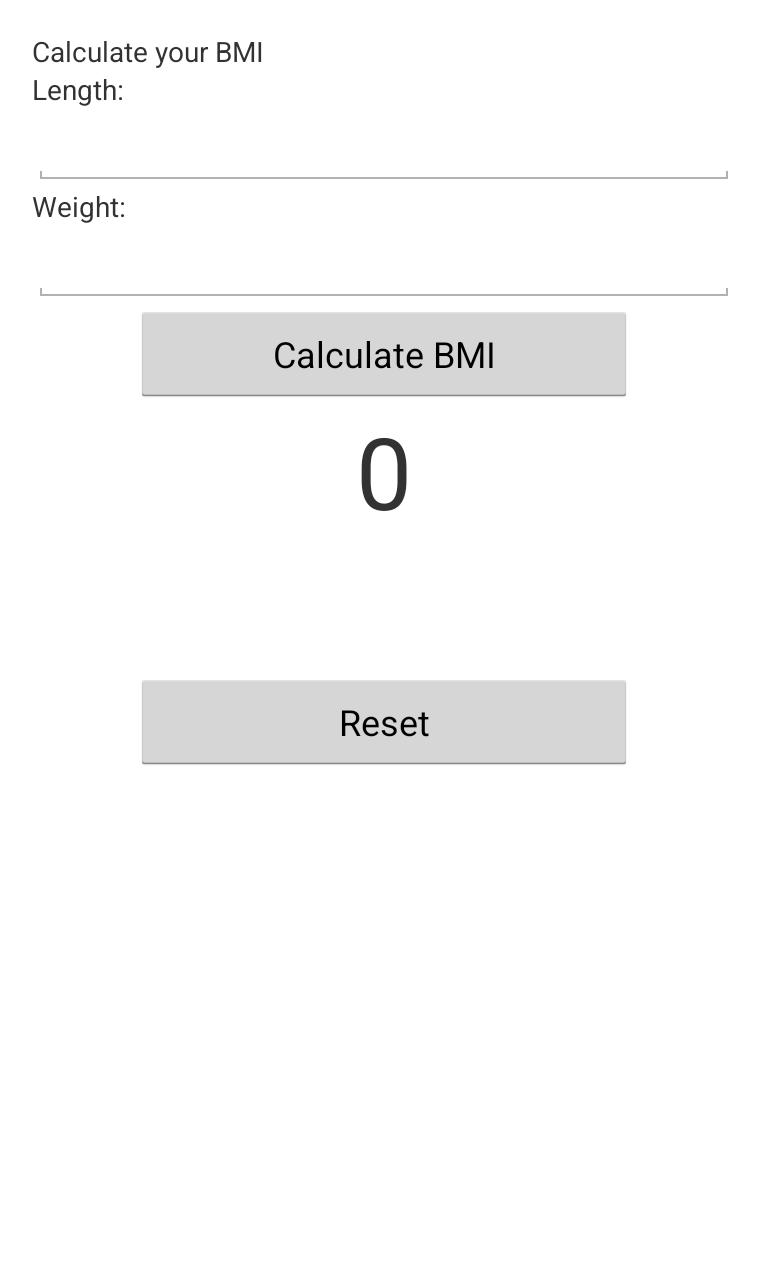
Repository: me222rs/AndroidLab1
Layout: BMI/res/layout/activity_bmi.xml
These files come from the project's save history. The layout is drawn as it stood at one moment and after the next save; the edit follows.
It is drawn on a 768 x 1280 px phone screen (xhdpi) without system bars, with theme AppTheme; the app's code is not run.

Above is the layout before, as saved 2014-11-17 13:37:30.

### BMI/res/layout/activity_bmi.xml
<RelativeLayout xmlns:android="http://schemas.android.com/apk/res/android"
    xmlns:tools="http://schemas.android.com/tools"
    android:layout_width="match_parent"
    android:layout_height="match_parent"
    android:paddingBottom="@dimen/activity_vertical_margin"
    android:paddingLeft="@dimen/activity_horizontal_margin"
    android:paddingRight="@dimen/activity_horizontal_margin"
    android:paddingTop="@dimen/activity_vertical_margin"
    tools:context="com.example.bmi.MainActivity" >

    <TextView
        android:id="@+id/header"
        android:layout_width="wrap_content"
        android:layout_height="wrap_content"
        android:text="Calculate your BMI" />

        <TextView
        android:layout_below="@id/header"
        android:id="@+id/lengthLabel"
        android:layout_width="wrap_content"
        android:layout_height="wrap_content"
        android:text="Length:"
        android:labelFor="@+id/length"/>



        <EditText android:id="@+id/length"
        android:layout_below="@id/lengthLabel"
        android:inputType="number"
		android:layout_width="match_parent"
		android:layout_height="wrap_content" />


        <TextView
        android:layout_below="@id/length"
        android:id="@+id/weightLabel"
        android:layout_width="wrap_content"
        android:layout_height="wrap_content"
        android:text="Weight:"
        android:labelFor="@+id/weight"/>

        <EditText android:id="@+id/weight"
        android:layout_below="@id/weightLabel"
        android:inputType="number"
		android:layout_width="match_parent"
		android:layout_height="wrap_content"/>


        <Button android:id="@+id/calculateButton"
        android:layout_below="@id/weight"
        android:layout_centerHorizontal="true"
    	android:layout_height="50dp"
     	android:layout_width="250dp"
        android:layout_gravity="center"
        android:text="Calculate BMI" />


        <TextView android:id="@+id/result"
        android:layout_below="@id/calculateButton"
        android:layout_width="match_parent"
        android:layout_height="wrap_content"
        android:gravity="center"
        android:textSize="50sp"
        android:text="0" />

        <TextView android:id="@+id/message"
        android:layout_below="@id/result"
        android:layout_width="match_parent"
        android:layout_height="wrap_content"
        android:text=""
        android:gravity="center"
        android:textSize="50sp"/>

        <Button android:id="@+id/resetButton"
        android:layout_below="@id/message"
        android:layout_centerHorizontal="true"
    	android:layout_height="50dp"
     	android:layout_width="250dp"
        android:layout_gravity="center"
        android:text="Reset" />

</RelativeLayout>

Loaded but not shown: BMI/res/values/styles.xml (common file); BMI/res/values-v11/styles.xml (common file); BMI/res/values-v14/styles.xml (common file); BMI/res/values/dimens.xml (common file); BMI/res/values-w820dp/dimens.xml (common file)

After the next save:
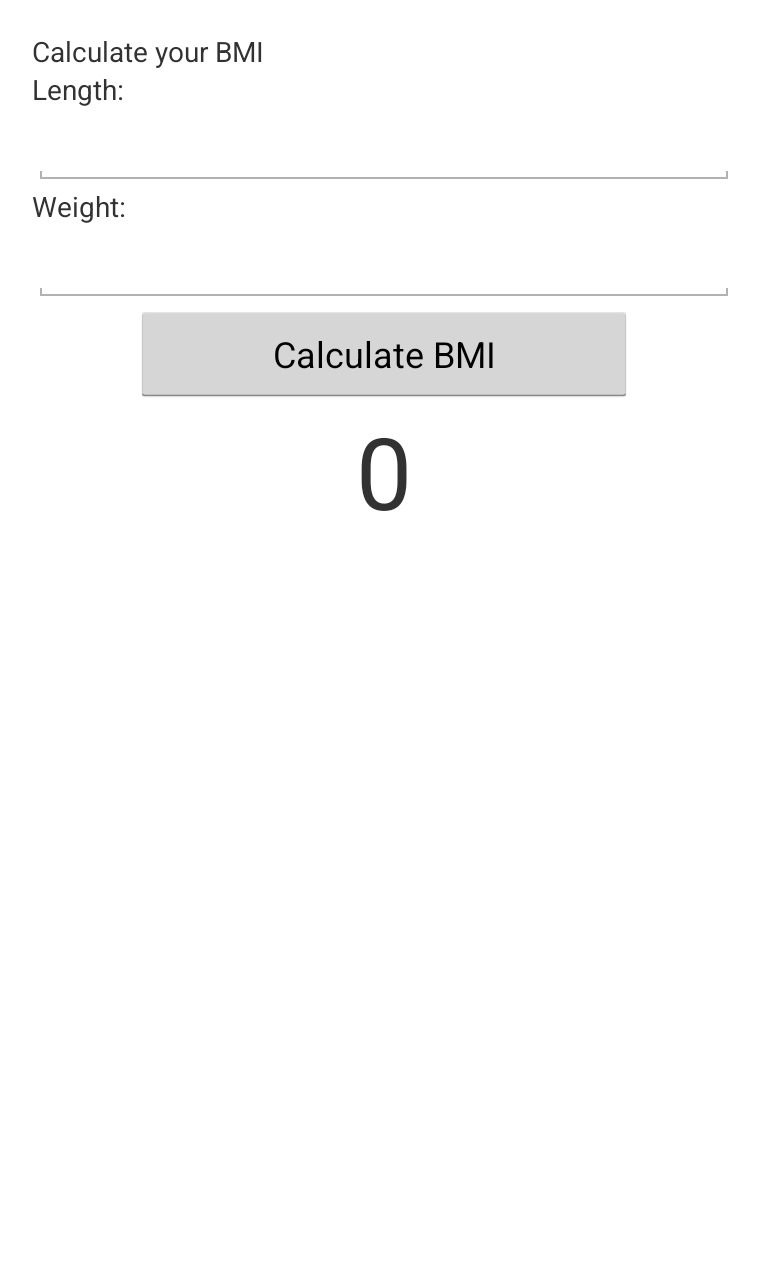
Saved 100 s later.
--- a/BMI/res/layout/activity_bmi.xml
+++ b/BMI/res/layout/activity_bmi.xml
@@ -75,7 +75,6 @@
         android:layout_below="@id/message"
         android:layout_centerHorizontal="true"
     	android:layout_height="50dp"
-     	android:layout_width="250dp"
         android:layout_gravity="center"
         android:text="Reset" />
 
